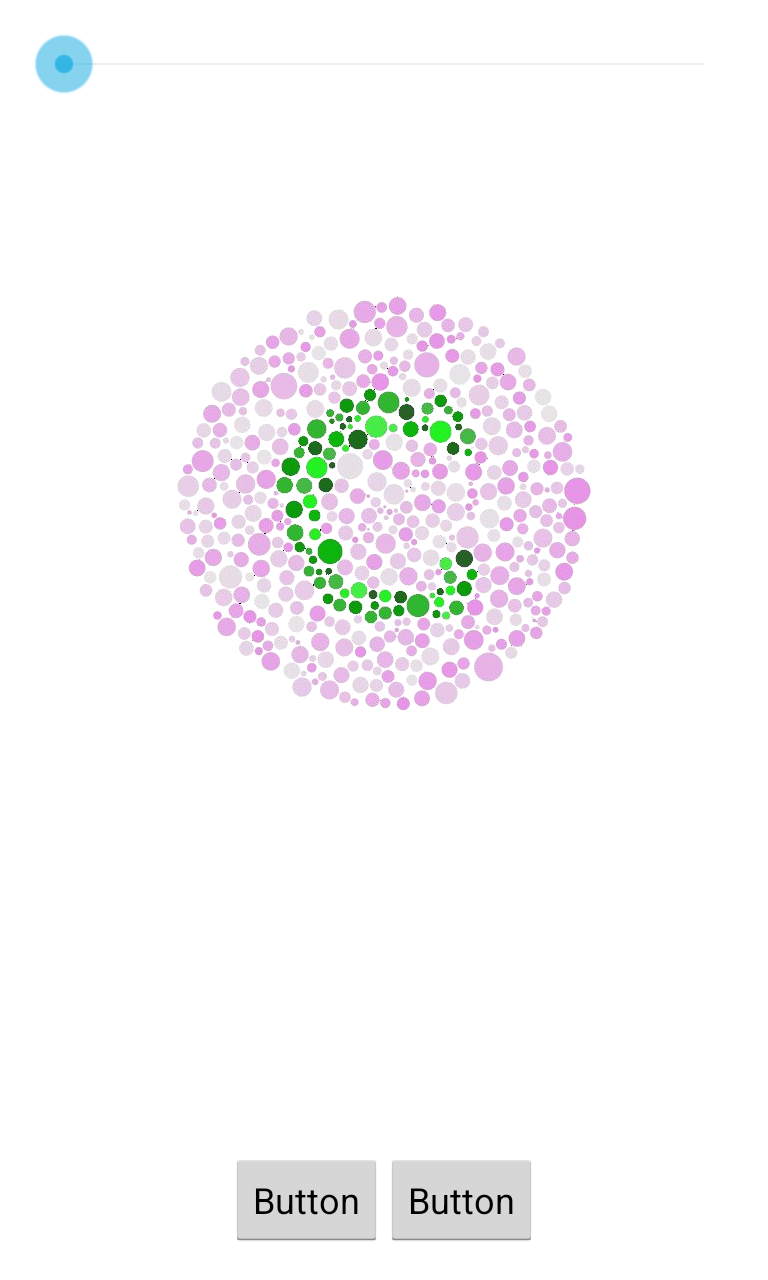
Repository: renatovieira/tcc2013
Layout: TCC/res/layout/activity_filtered_image.xml
These files come from the project's save history. The layout is drawn as it stood at one moment and after the next save; the edit follows.
It is drawn on a 768 x 1280 px phone screen (xhdpi) without system bars, with theme AppTheme; the app's code is not run.

Above is the layout before, as saved 2013-07-21 23:59:22.

After the next save:
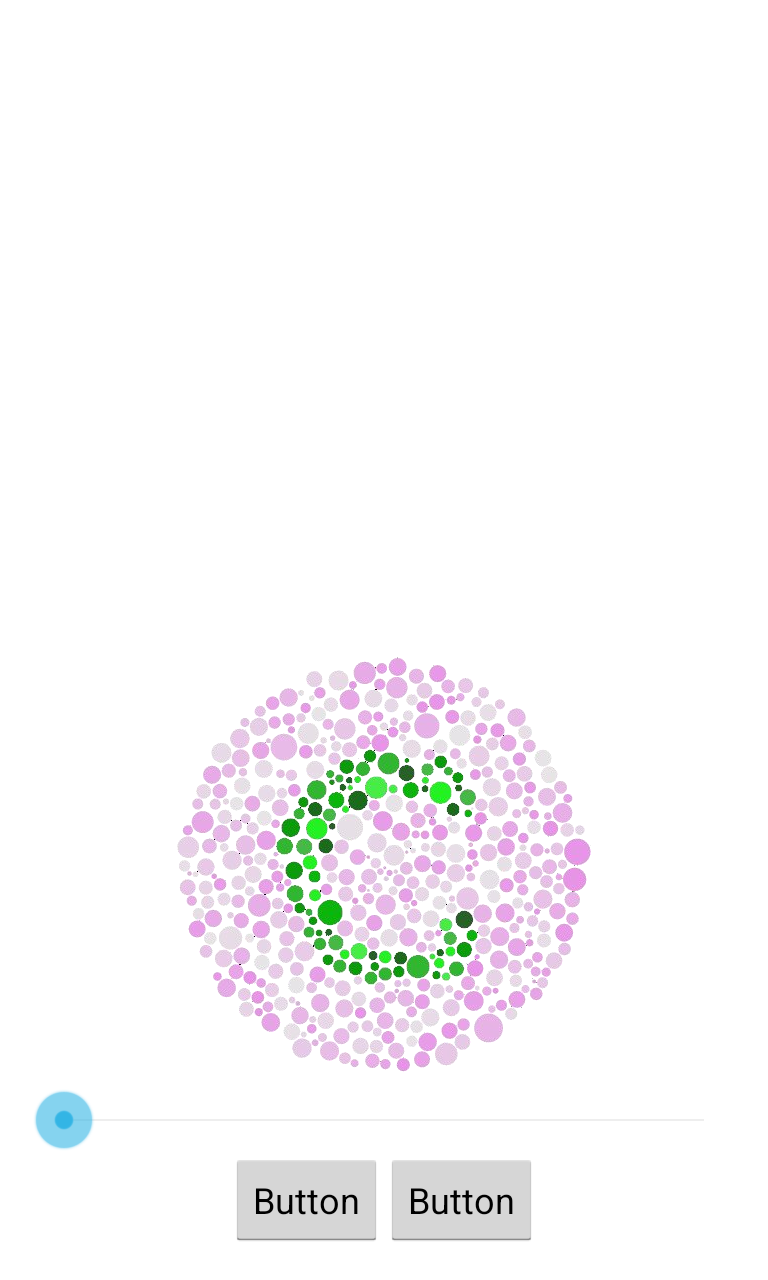
Saved 90 s later.
--- a/TCC/res/layout/activity_filtered_image.xml
+++ b/TCC/res/layout/activity_filtered_image.xml
@@ -6,21 +6,6 @@
     android:paddingLeft="@dimen/activity_horizontal_margin"
     android:paddingRight="@dimen/activity_horizontal_margin"
     android:paddingTop="@dimen/activity_vertical_margin" >
-
-    <ImageView
-        android:id="@+id/imageView1"
-        android:layout_width="wrap_content"
-        android:layout_height="wrap_content"
-        android:layout_below="@+id/seekBar1"
-        android:layout_centerHorizontal="true"
-        android:layout_marginTop="94dp"
-        android:src="@drawable/ic_launcher" />
-
-    <SeekBar
-        android:id="@+id/seekBar1"
-        android:layout_width="match_parent"
-        android:layout_height="wrap_content"
-        android:layout_centerHorizontal="true" />
 
     <LinearLayout
         android:id="@+id/linearLayout1"
@@ -42,4 +27,19 @@
             android:text="Button" />
     </LinearLayout>
 
+    <SeekBar
+        android:id="@+id/seekBar1"
+        android:layout_width="match_parent"
+        android:layout_height="wrap_content"
+        android:layout_above="@+id/linearLayout1"
+        android:layout_centerHorizontal="true" />
+
+    <ImageView
+        android:id="@+id/imageView1"
+        android:layout_width="wrap_content"
+        android:layout_height="wrap_content"
+        android:layout_above="@+id/seekBar1"
+        android:layout_centerHorizontal="true"
+        android:src="@drawable/ic_launcher" />
+
 </RelativeLayout>
